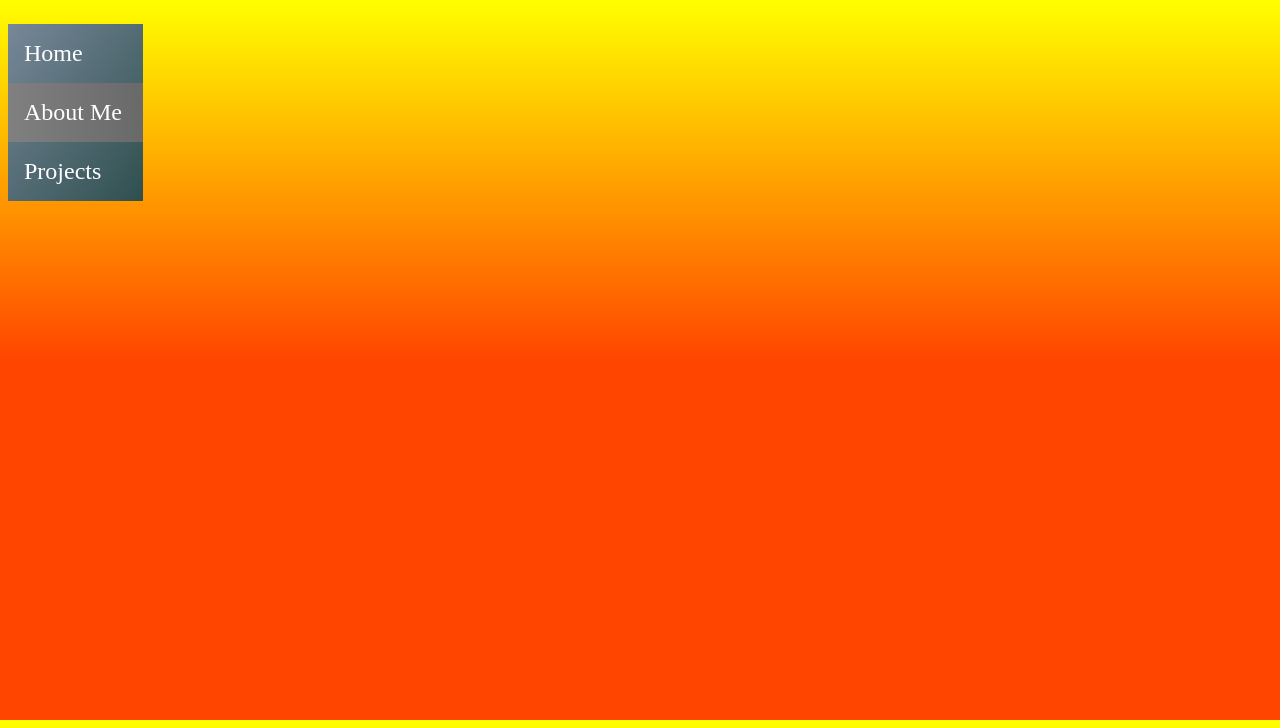
Repository: brody-toth/brody-toth.github.io
Page: about-me.html
The author's editor kept a record of every edit. The page is drawn from the files as they stood at one moment, then again after the next edit.
The browser window is 1280 px wide. The pictures show the whole page.

Above is the page before.

### about-me.html
<!DOCTYPE html>
<html>

  <head>
    <title>About Me</title>
    <link rel="stylesheet" href="style.css" type="text/css">
  </head>

  <body>

    <ul class="navbar">
      <li><a href="home.html">Home</a></li>
      <li class="active"><a href="about-me.html">About Me</a></li>
      <li class = "dropdown">
        <div>Projects</div>
        <ul class="dropdown-content">
          <li><a href="project1.html">Project 1</a></li>
          <li><a href="project2.html">Project 2</a></li>
          <li><a href="project3.html">Project 3</a></li>
        </ul>
      </li>
    </ul>

  </body>

</html>

### style.css
html, body{
    height: 100%;
}

body{
    background-image: linear-gradient(to bottom, yellow, orangered 50%);
}

.navbar{
    list-style: none;
    background-image: linear-gradient(to bottom right, lightslategray, darkslategray);
    width: 135px;
    overflow: hidden;
    float: left;
    padding: 0;
}
.navbar a, .dropdown div{
    text-decoration: none;
    color: white;
    font-size: 24px;
    padding: 16px;
    display: inline-block;
}
.navbar div{
    width: 135px;
}
.navbar li:hover{
    background-color: slategray;
}
.dropdown-content{
    list-style: none;
    padding: 0;
    display: none;
    position: absolute;
    z-index: 2;
    background-image: linear-gradient(to bottom right, lightslategray, darkslategray);
}
.dropdown:hover .dropdown-content{
    display: block;
}
.active{
    background-image: linear-gradient(to right, gray, dimgray)
}

.header{
    text-align: left;
    padding-left: 45%;
    font-family: "Lucida Sans Unicode", "Lucida Grande", sans-serif;
    font-size: 64px;
}

After the next edit:
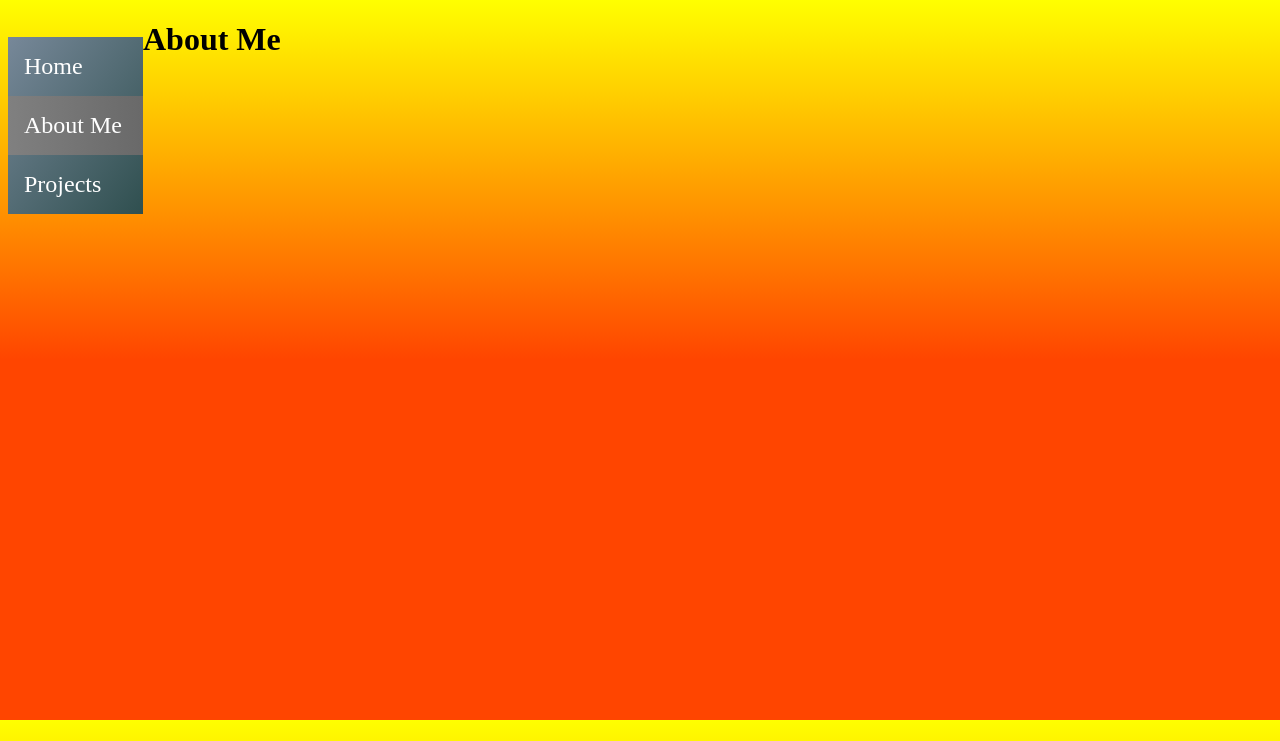
The edit:
--- a/about-me.html
+++ b/about-me.html
@@ -21,6 +21,8 @@
       </li>
     </ul>
 
+    <h1 id="header1">About Me</h1>
+
   </body>
 
 </html>
